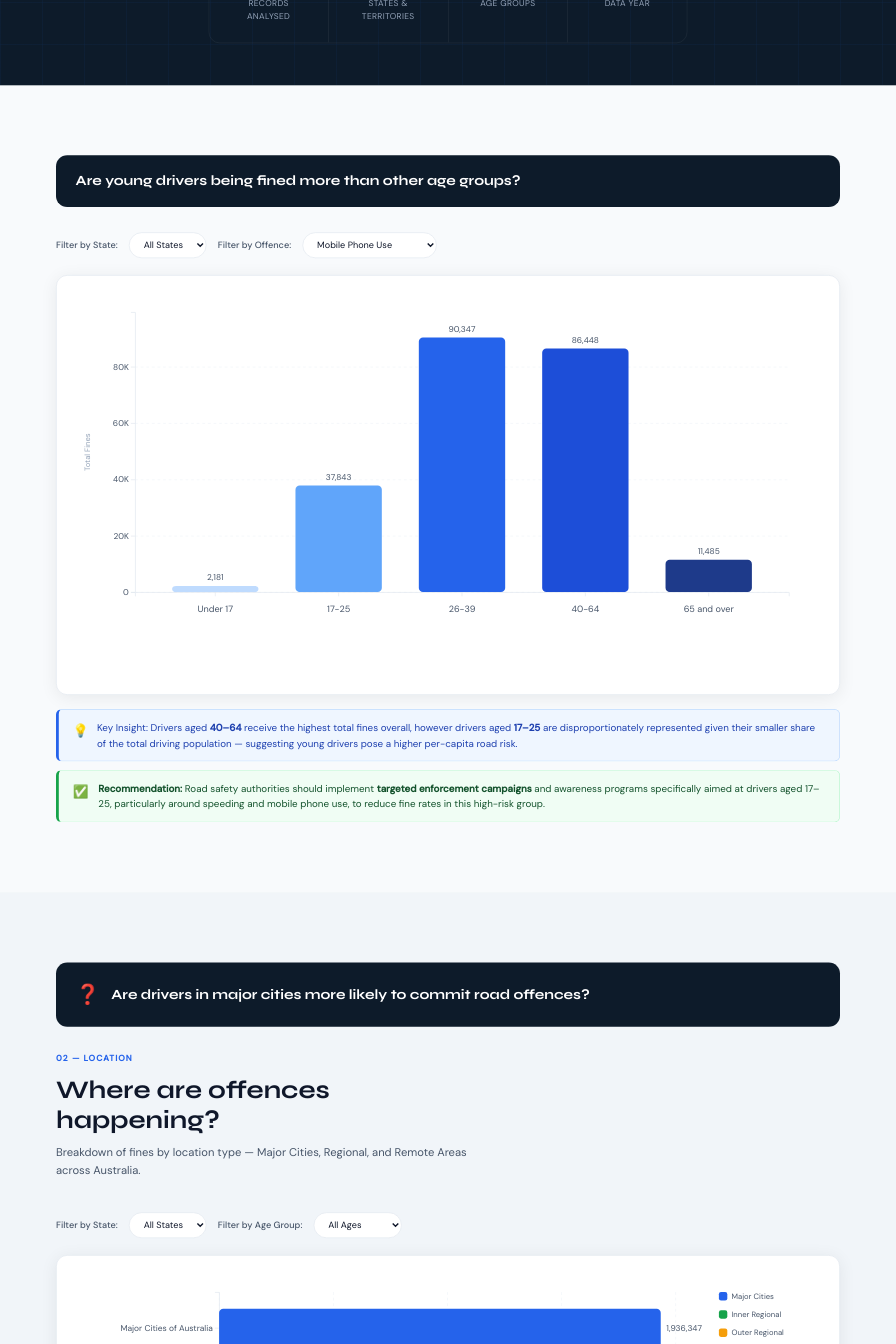
Repository: j26046183-hue/COS30045-GROUP-ASSIGNMENT
Page: index.html
An editor plug-in stored every save of this project. The page is shown before and after the next save, followed by the edit.
The browser window is 1280 px wide. The pictures show the part of the page from y = 777 to 2697 px (the page is 6470 px tall before and 6496 px after), at 70% of full size.

Above is the page before, as saved 2026-06-04 21:35:30.

After the next save:
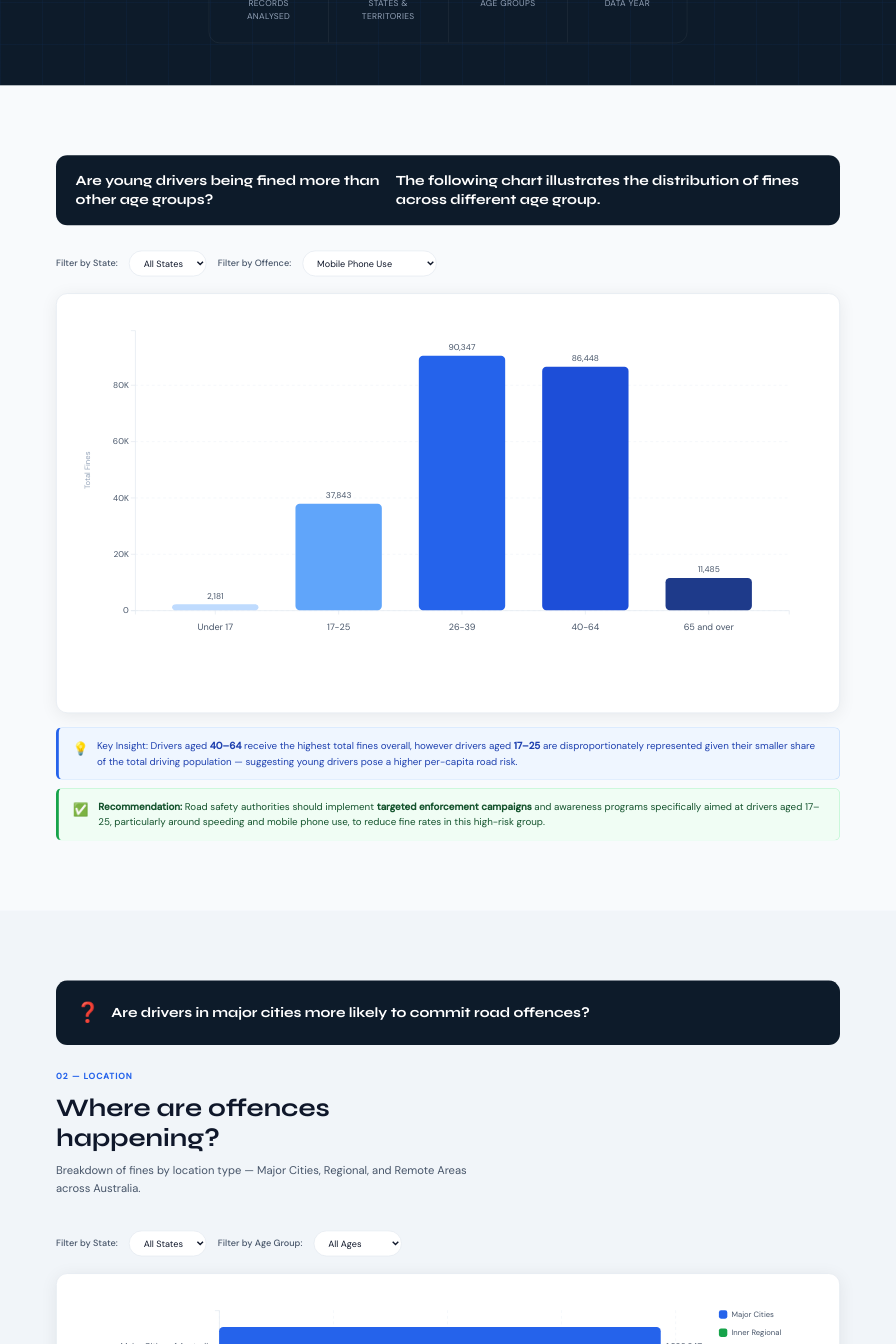
Saved 2 min 59 s later.
--- a/index.html
+++ b/index.html
@@ -60,6 +60,7 @@
         <!-- Story Question -->
         <div class="story-question">
             <h3>Are young drivers being fined more than other age groups?</h3>
+            <h3>The following chart illustrates the distribution of fines across different age group. </h3>
         </div>
 
         <div class="chart-controls">
